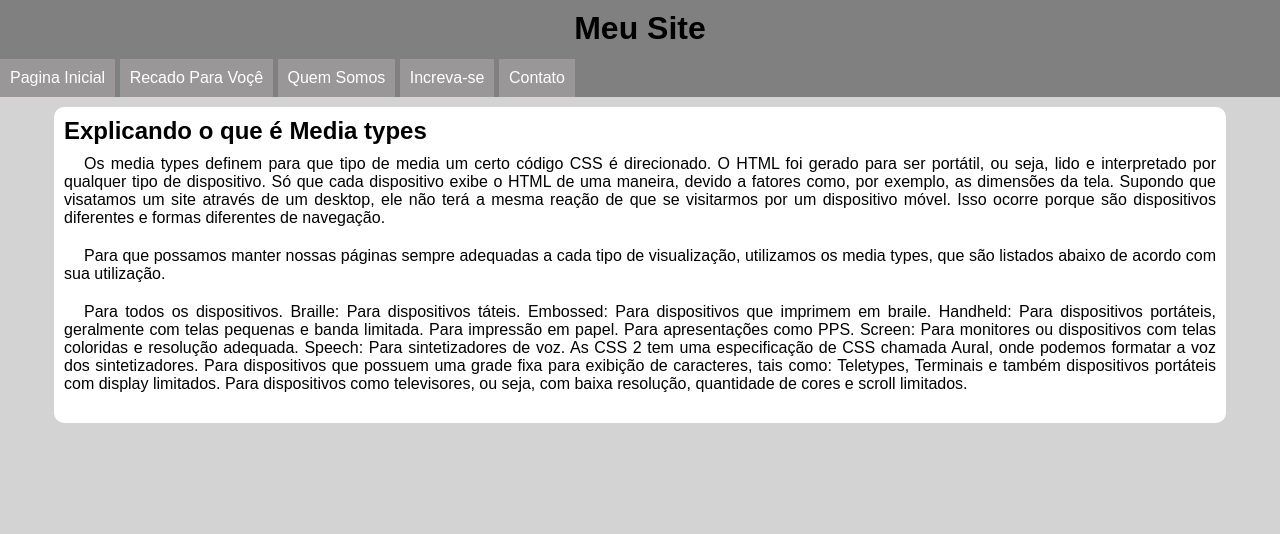
Repository: Guillermomarcon/html-css
Page: capitulo25/mq005/index.html
The author's editor kept a copy of each file at every save. The page is drawn from the files as they stood at one save, then again after a run of saves.
The browser window is 1280 px wide. The pictures show the whole page.
Some web fonts or font styles are not loaded; a fallback is used.

Above is the page before, as saved 2022-08-27 15:47:51.

After the next 2 saves:
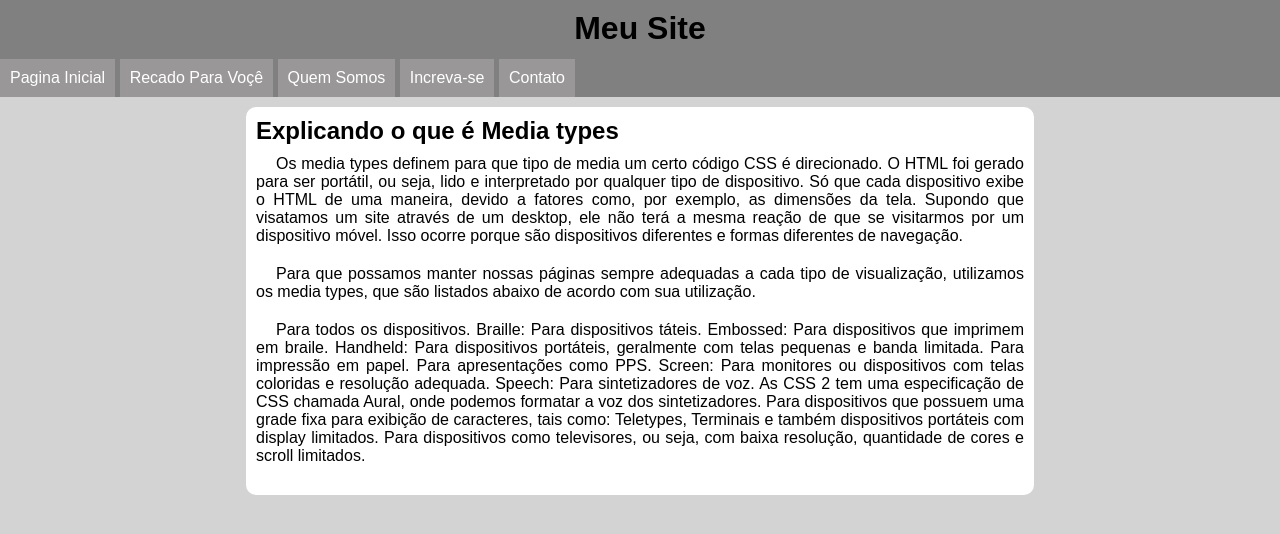
The 2 saves are shown as one change because they came seconds apart.
The last was saved 8 s later.
--- a/capitulo25/mq005/estilos/media-query.css
+++ b/capitulo25/mq005/estilos/media-query.css
@@ -12,6 +12,6 @@
         display: inline-block;
     }
     main {
-
+        width: 768px;
     }
 }
